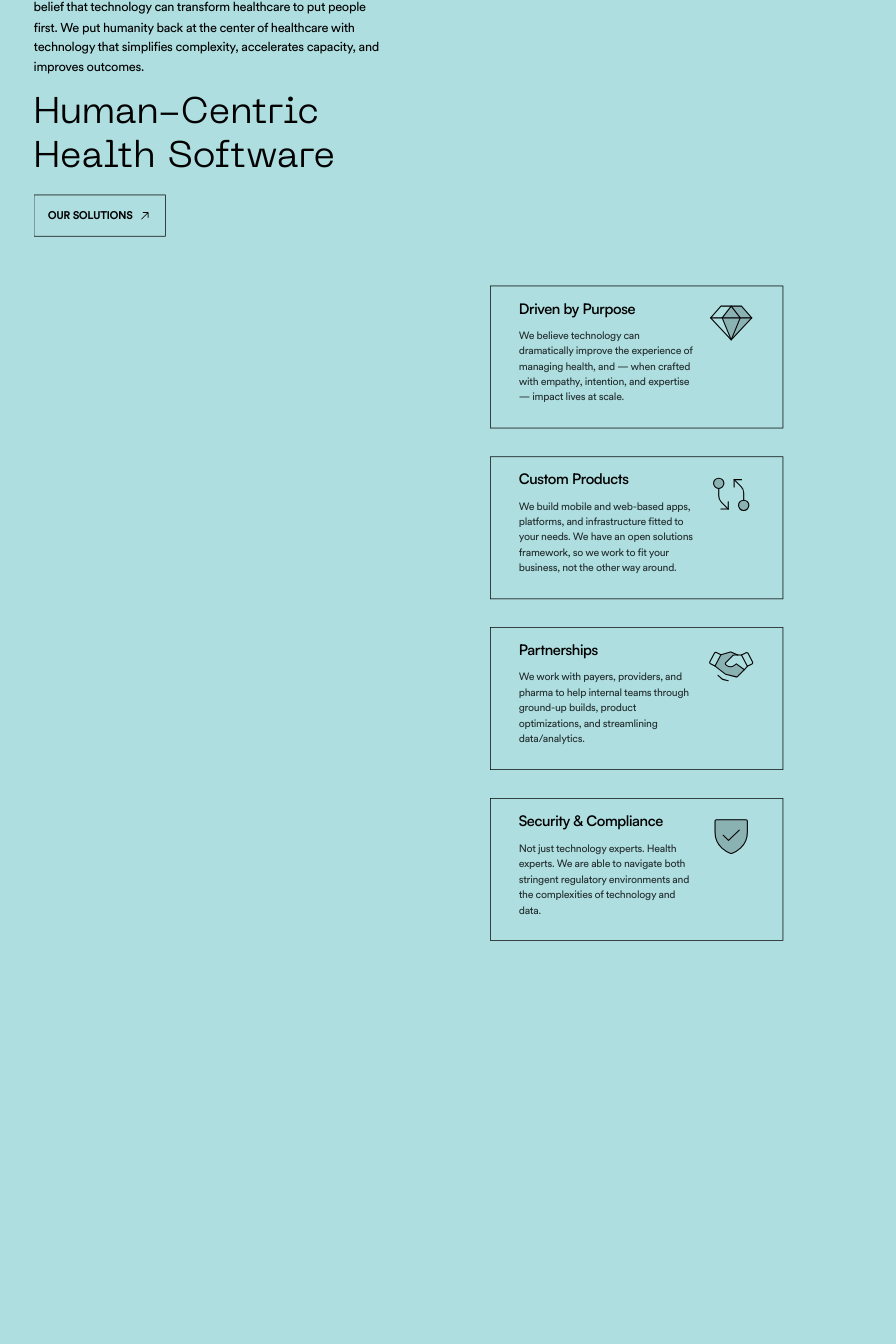
Repository: nikhilsinghrathore1/CAC_Ki_Majdoori
Page: /
These files come from the project's save history. The page is drawn as it stood at one moment and after the next save; the edit follows.
The browser window is 1280 px wide. The pictures show the part of the page from y = 960 to 2880 px (the page is 2880 px tall), at 70% of full size.
The project was rebuilt for these pictures with package versions that can differ from the ones it lists, and the page was loaded fresh each time. Also part of the build but not shown: vite.config.ts.

Above is the page before, as saved 2024-07-24 23:40:40.

After the next save:
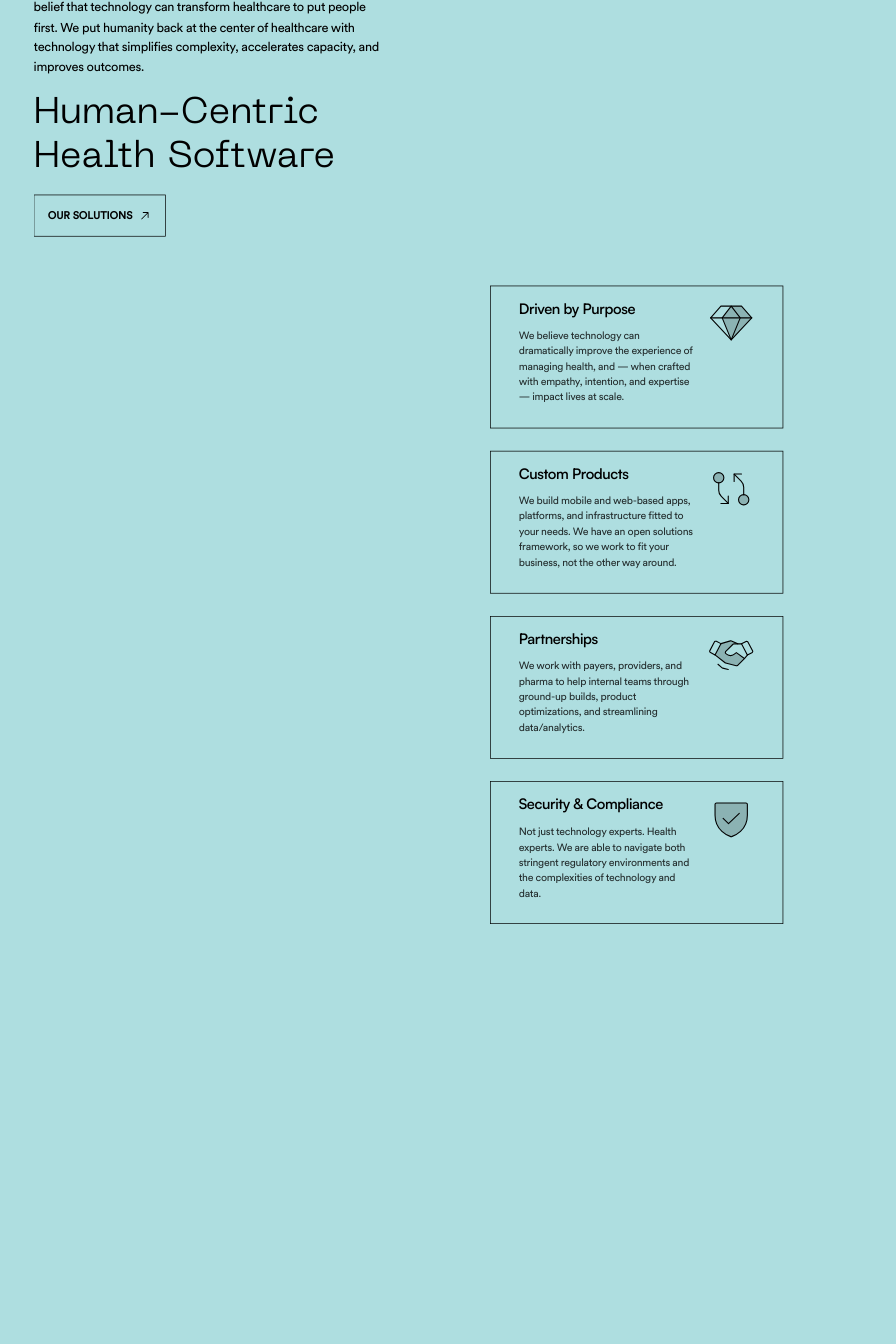
Saved 14 s later.
--- a/src/Pages/ThirdTest.tsx
+++ b/src/Pages/ThirdTest.tsx
@@ -25,7 +25,7 @@
 </svg>}/>
 
                               </div>
-                              <div className=' w-[77%] mt-10 origin-center ml-3  transition-all  pt-4  flex justify-between gap-4 px-10 border border-black h-[13.5%]'>
+                              <div className=' w-[77%] mt-8 origin-center ml-3  transition-all  pt-4  flex justify-between gap-4 px-10 border border-black h-[13.5%]'>
                                             <InsideAbout mainText={"Custom Products"} para={"We build mobile and web-based apps, platforms, and infrastructure fitted to your needs. We have an open solutions framework, so we work to fit your business, not the other way around."} svg={<svg width="100%" height="40%" viewBox="0 0 64 64" fill="none" xmlns="http://www.w3.org/2000/svg">
 <path opacity="0.2" d="M49.0005 54C52.8665 54 56.0005 50.866 56.0005 47C56.0005 43.134 52.8665 40 49.0005 40C45.1345 40 42.0005 43.134 42.0005 47C42.0005 50.866 45.1345 54 49.0005 54Z" fill="currentColor"></path>
 <path opacity="0.2" d="M15 24C18.866 24 22 20.866 22 17C22 13.134 18.866 10 15 10C11.134 10 8 13.134 8 17C8 20.866 11.134 24 15 24Z" fill="currentColor"></path>
@@ -38,7 +38,7 @@
 </svg>}/>
 
                               </div>
-                              <div className=' w-[77%] mt-10 origin-center ml-3  transition-all  pt-4  flex justify-between gap-4 px-10 border border-black h-[13.5%]'>
+                              <div className=' w-[77%] mt-8 origin-center ml-3  transition-all  pt-4  flex justify-between gap-4 px-10 border border-black h-[13.5%]'>
                                             <InsideAbout mainText={"Partnerships"} para={"We work with payers, providers, and pharma to help internal teams through ground-up builds, product optimizations, and streamlining data/analytics."} svg={<svg width="100%" height="40%" viewBox="0 0 64 64" fill="none" xmlns="http://www.w3.org/2000/svg">
 <path opacity="0.2" d="M50 38.2155L40.8007 47.4147C40.5565 47.659 40.2532 47.8358 39.9204 47.928C39.5875 48.0201 39.2365 48.0246 38.9014 47.9408L24.4122 44.3185C24.1404 44.2506 23.886 44.1263 23.6653 43.9537L10 33.268L18.1436 17.9475L30.9736 14.2071C31.4319 14.0735 31.9229 14.1082 32.3578 14.3051L41 18.2155H35.8284C35.5658 18.2155 35.3057 18.2672 35.0631 18.3677C34.8204 18.4682 34.5999 18.6155 34.4142 18.8012L24.6306 28.5848C24.428 28.7875 24.2713 29.0313 24.1711 29.2997C24.0709 29.5682 24.0295 29.855 24.0498 30.1408C24.0702 30.4267 24.1517 30.7048 24.2888 30.9564C24.426 31.208 24.6156 31.4271 24.8448 31.5991L26.2 32.6155C27.5848 33.654 29.269 34.2155 31 34.2155C32.731 34.2155 34.4152 33.654 35.8 32.6155L39 30.2155L50 38.2155Z" fill="currentColor"></path>
 <path d="M60.1794 30.4462L54 33.5359L46 18.2154L52.2423 15.0942C52.7113 14.8597 53.2536 14.8188 53.7525 14.9802C54.2514 15.1416 54.6669 15.4925 54.9096 15.9573L61.0578 27.7316C61.1808 27.967 61.2556 28.2246 61.2779 28.4892C61.3002 28.7539 61.2696 29.0204 61.1878 29.2731C61.1061 29.5258 60.9748 29.7596 60.8016 29.9611C60.6285 30.1625 60.417 30.3274 60.1794 30.4462V30.4462Z" stroke="currentColor" stroke-width="1.5" stroke-linecap="round" stroke-linejoin="round"></path>
@@ -50,7 +50,7 @@
 </svg>}/>
 
                               </div>
-                              <div className=' w-[77%] mt-10 origin-center ml-3  transition-all  pt-4  flex justify-between gap-4 px-10 border border-black h-[13.5%]'>
+                              <div className=' w-[77%] mt-8 origin-center ml-3  transition-all  pt-4  flex justify-between gap-4 px-10 border border-black h-[13.5%]'>
                                             <InsideAbout mainText={"Security & Compliance"} para={"Not just technology experts. Health experts. We are able to navigate both stringent regulatory environments and the complexities of technology and data."} svg={<svg width="100%" height="40%" viewBox="0 0 64 64" fill="none" xmlns="http://www.w3.org/2000/svg">
 <path opacity="0.2" d="M10 26.6667V12C10 11.4696 10.2107 10.9609 10.5858 10.5858C10.9609 10.2107 11.4696 10 12 10H52C52.5304 10 53.0391 10.2107 53.4142 10.5858C53.7893 10.9609 54 11.4696 54 12V26.6667C54 47.6705 36.1735 54.6292 32.6141 55.8093C32.2161 55.9463 31.7839 55.9463 31.386 55.8093C27.8265 54.6292 10 47.6705 10 26.6667Z" fill="currentColor"></path>
 <path d="M10 26.6667V12C10 11.4696 10.2107 10.9609 10.5858 10.5858C10.9609 10.2107 11.4696 10 12 10H52C52.5304 10 53.0391 10.2107 53.4142 10.5858C53.7893 10.9609 54 11.4696 54 12V26.6667C54 47.6705 36.1735 54.6292 32.6141 55.8093C32.2161 55.9463 31.7839 55.9463 31.386 55.8093C27.8265 54.6292 10 47.6705 10 26.6667Z" stroke="currentColor" stroke-width="1.5" stroke-linecap="round" stroke-linejoin="round"></path>
